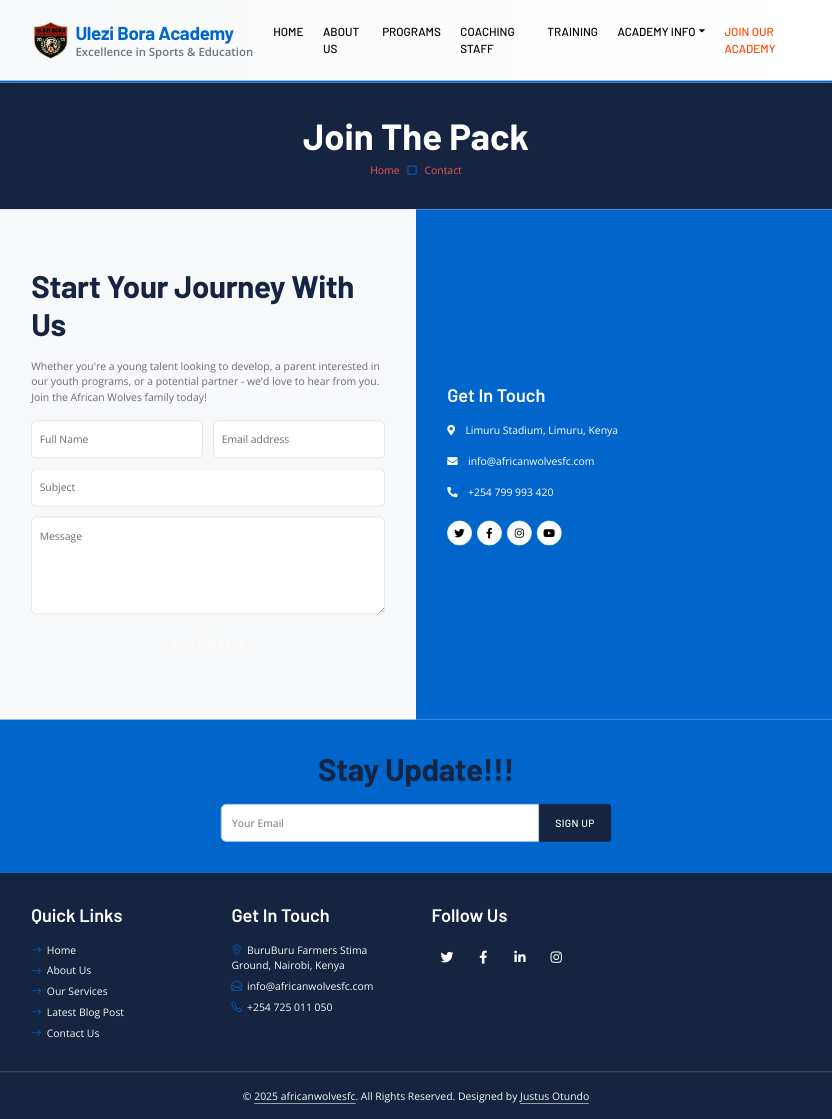
Repository: Justus-Otundo/uleziborafc
Page: contact.html
The author's editor kept a copy of each file at every save. The page is drawn from the files as they stood at one save, then again after the next save.
The browser window is 1280 px wide. The pictures show the whole page, at 65% of full size.
Some web libraries are served in a nearby version.

Above is the page before, as saved 2025-07-15 12:43:18.

After the next save:
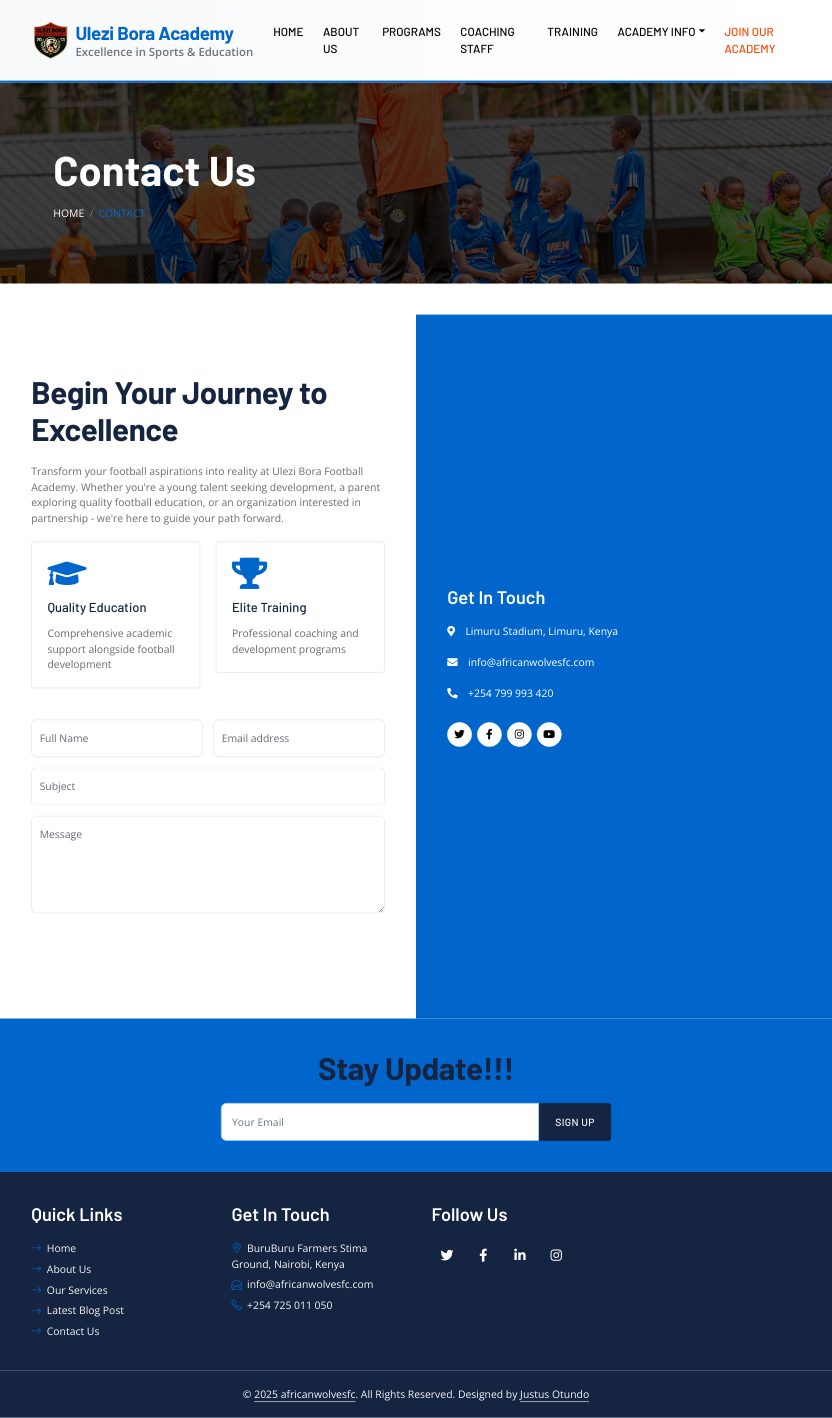
Saved 3 min 44 s later.
--- a/contact.html
+++ b/contact.html
@@ -36,24 +36,41 @@
     <!-- Navbar End -->
 
     <!-- Page Header Start -->
-    <div class="container-fluid bg-dark p-5">
-        <div class="row">
-            <div class="col-12 text-center">
-                <h1 class="display-4 text-white">Join The Pack</h1>
-                <a href="index.html">Home</a>
-                <i class="far fa-square text-primary px-2"></i>
-                <a href="contact.html">Contact</a>
-            </div>
+    <div class="container-fluid page-header py-5 mb-5 wow fadeIn" data-wow-delay="0.1s" style="background: linear-gradient(rgba(0, 0, 0, 0.7), rgba(0, 0, 0, 0.7)), url(img/_MG_6794.jpg) center center no-repeat; background-size: cover;">
+        <div class="container py-5">
+            <h1 class="display-3 text-white mb-3 animated slideInDown">Contact Us</h1>
+            <nav aria-label="breadcrumb animated slideInDown">
+                <ol class="breadcrumb text-uppercase mb-0">
+                    <li class="breadcrumb-item"><a class="text-white" href="index.html">Home</a></li>
+                    <li class="breadcrumb-item text-primary active" aria-current="page">Contact</li>
+                </ol>
+            </nav>
         </div>
     </div>
     <!-- Page Header End -->
 
     <!-- Contact Start -->
-    <div class="container-fluid bg-secondary px-0">
+    <div class="container-fluid bg-light px-0">
         <div class="row g-0">
             <div class="col-lg-6 py-6 px-5">
-                <h1 class="display-5 mb-4">Start Your Journey With Us</h1>
-                <p class="mb-4">Whether you're a young talent looking to develop, a parent interested in our youth programs, or a potential partner - we'd love to hear from you. Join the African Wolves family today!</p>
+                <h1 class="display-5 mb-4">Begin Your Journey to Excellence</h1>
+                <p class="mb-4">Transform your football aspirations into reality at Ulezi Bora Football Academy. Whether you're a young talent seeking development, a parent exploring quality football education, or an organization interested in partnership - we're here to guide your path forward.</p>
+                <div class="row g-4 mb-5">
+                    <div class="col-md-6 wow fadeIn" data-wow-delay="0.1s">
+                        <div class="feature-box border rounded p-4">
+                            <i class="fas fa-graduation-cap fa-3x text-primary mb-3"></i>
+                            <h5 class="mb-3">Quality Education</h5>
+                            <p class="mb-0">Comprehensive academic support alongside football development</p>
+                        </div>
+                    </div>
+                    <div class="col-md-6 wow fadeIn" data-wow-delay="0.3s">
+                        <div class="feature-box border rounded p-4">
+                            <i class="fas fa-trophy fa-3x text-primary mb-3"></i>
+                            <h5 class="mb-3">Elite Training</h5>
+                            <p class="mb-0">Professional coaching and development programs</p>
+                        </div>
+                    </div>
+                </div>
                 <form>
                     <div class="row g-3">
                         <div class="col-6">
